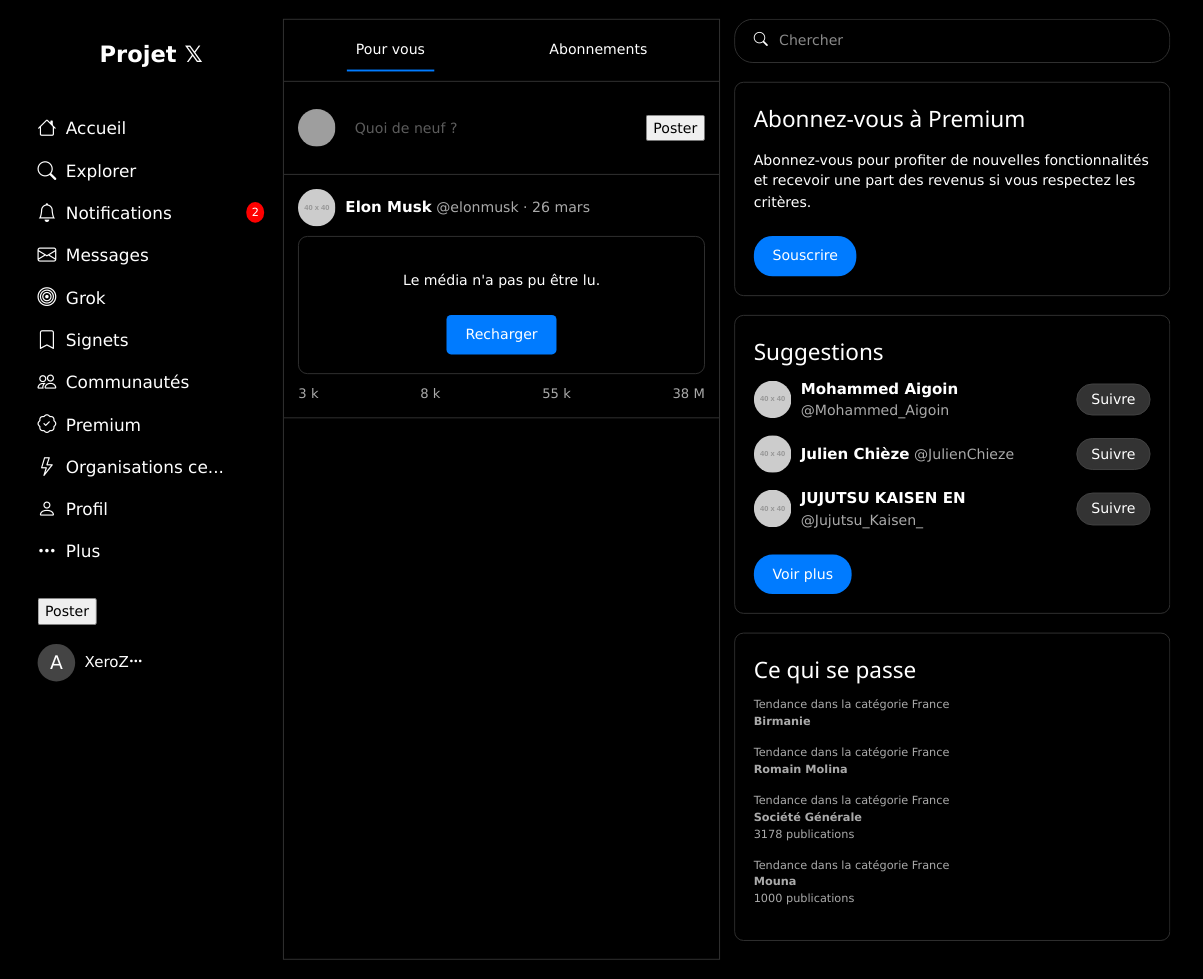
Repository: barriefl/ProjetX_BARRIER_MAULINE_MARQUES-FELIX_SERVONNET
Page: front/index.html
The author's editor kept a copy of each file at every save. The page is drawn from the files as they stood at one save, then again after a run of saves.
The browser window is 1280 px wide. The pictures show the whole page, at 94% of full size.
Pictures or frames that could not be fetched are drawn as grey boxes.

Above is the page before, as saved 2025-03-28 09:36:05.

After the next 2 saves:
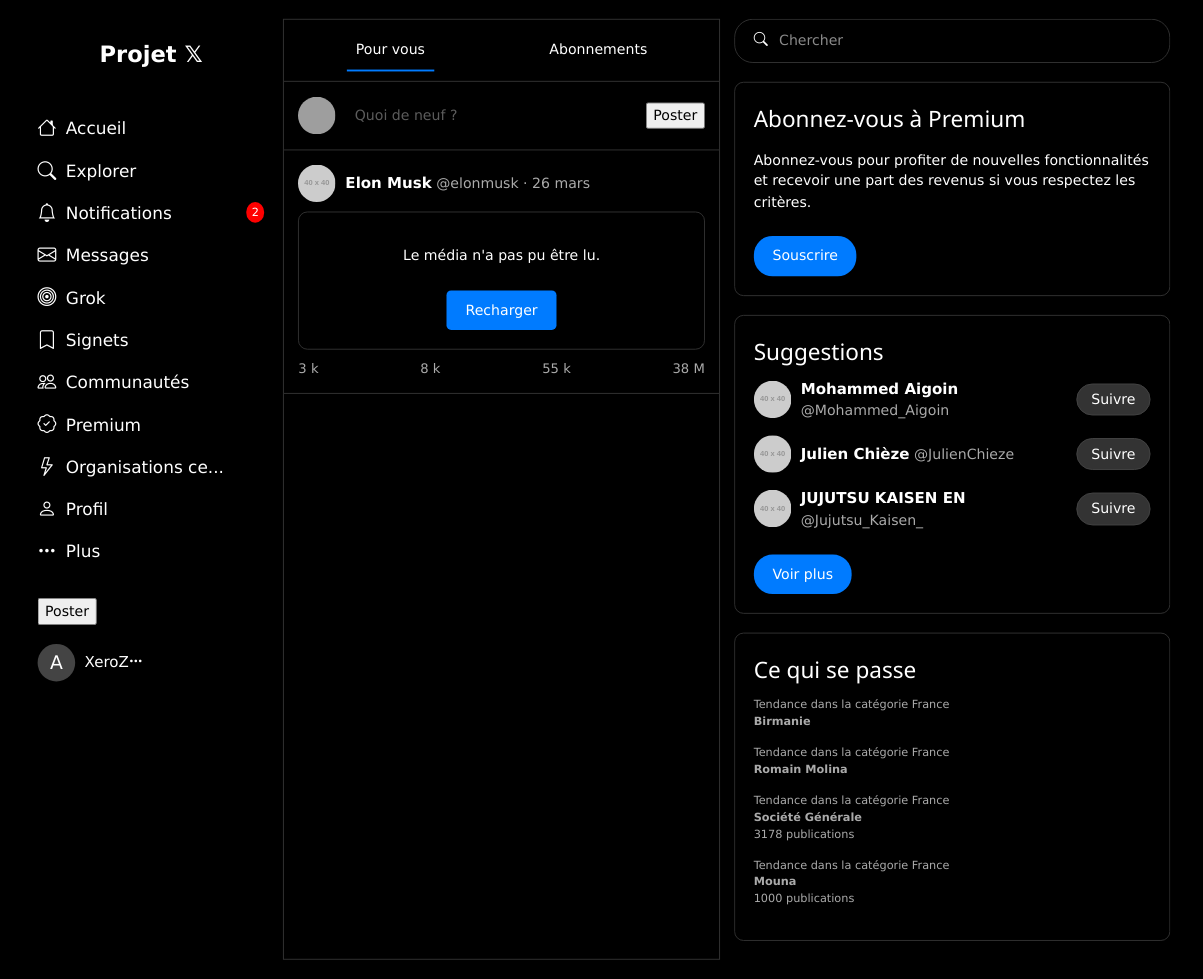
The 2 saves are shown as one change because they came seconds apart.
The last was saved 11 s later.
--- a/front/index.html
+++ b/front/index.html
@@ -98,9 +98,7 @@
       <div class="header">
         <img src="empty.png" alt="empty.png" />
         <input type="text" placeholder="Quoi de neuf ?" />
-        <div class="post-button">
-          <button>Poster</button>
-        </div>
+        <button>Poster</button>
       </div>
 
       <!-- Post -->
